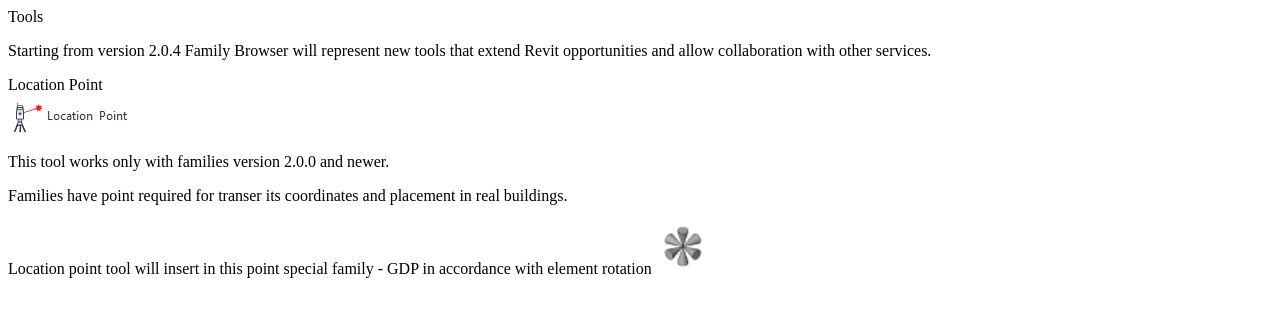
Repository: RomanLavrov/FamilyBrowserUserGuide
Page: http://localhost/FamilyBrowser/application/views/en/tools_view.php
The author's editor kept a copy of each file at every save. The page is drawn from the files as they stood at one save, then again after the next save.
The browser window is 1280 px wide. The pictures show the whole page.
The page is run by PHP 8.4 with error messages shown; the project is at /var/www/html/.

Above is the page before, as saved 2019-10-24 11:57:30.

After the next save:
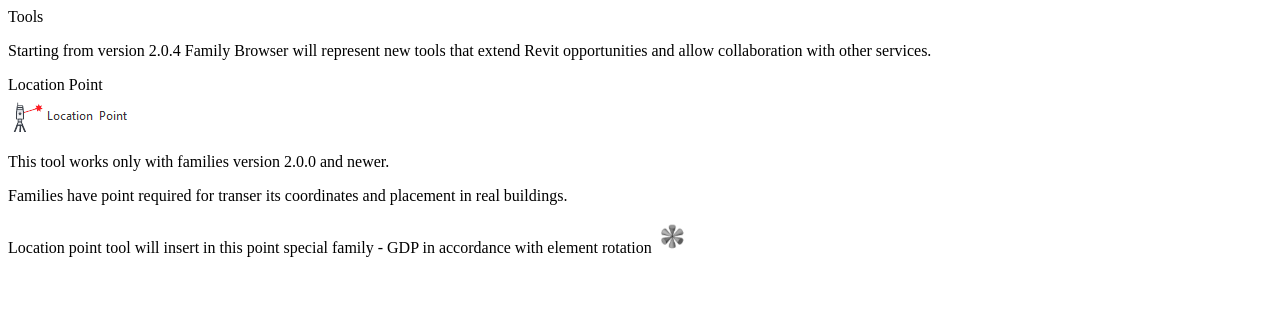
Saved 6 s later.
--- a/FamilyBrowser/application/views/en/tools_view.php
+++ b/FamilyBrowser/application/views/en/tools_view.php
@@ -11,6 +11,6 @@
       <p>This tool works only with families version 2.0.0 and newer.</p>
       <p>Families have point required for transer its coordinates and placement in real buildings.</p>
       <p>Location point tool will insert in this point special family - GDP in accordance with element rotation
-            <img style = "height:"src="/FamilyBrowser/images/GDP.png" alt="">
+            <img style = "height:32px"src="/FamilyBrowser/images/GDP.png" alt="">
 </p>
 </div>
